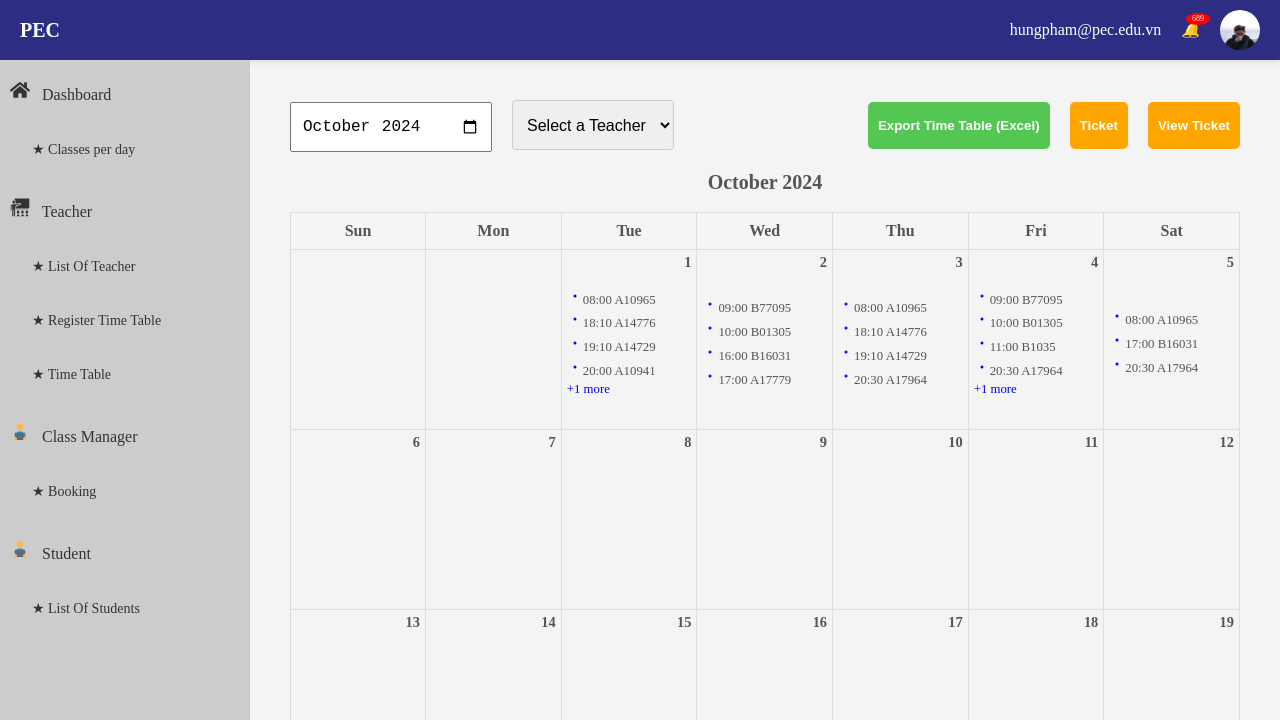
Repository: BitDanceLabels/Bumblebee_BDG
Page: /teacher-timetable
The author's editor kept a copy of each file at every save. The page is drawn from the files as they stood at one save, then again after the next save.
The browser window is 1280 px wide. The pictures show the whole page.
An inner scrolling area shows only its first screen. The project was rebuilt for these pictures with package versions that can differ from the ones it lists, and the page was loaded fresh each time. Also part of the build but not shown: vite.config.js, src/components/Dashboard/ScheduleComponent.jsx, src/components/Management/Booking.jsx, src/components/modal/CreateStudentModal.jsx, src/components/Student/ListOfStudent.jsx, src/components/modal/CreateTeacherModal.jsx, src/components/Teacher/TeacherTable.jsx, src/components/Teacher/ListOfTeacher.jsx and 10 more. Imported but missing from the stored project, and not drawn on this page: src/components/modal/DeactiveStudentModal.

Above is the page before, as saved 2024-10-07 13:39:49.

### index.html
<!DOCTYPE html>
<html lang="en">
  <head>
    <meta charset="UTF-8" />
    <link rel="icon" type="image/svg+xml" href="/vite.svg" />
    <meta name="viewport" content="width=device-width, initial-scale=1.0" />
    <title>Power English CRM</title>
  </head>
  <body>
    <div id="root"></div>
    <script type="module" src="/src/main.jsx"></script>
  </body>
</html>

### src/main.jsx
import { StrictMode } from 'react'
import { createRoot } from 'react-dom/client'
import MainApp from './pages/MainApp.jsx'
import App from './App.jsx'
import './index.css'

createRoot(document.getElementById('root')).render(
  <StrictMode>
    <MainApp />
  </StrictMode>
)

### src/pages/MainApp.jsx
import React from 'react'
import Header from '../components/General/Header'
import Navbar from '../components//General/Navbar'
import ScheduleComponent from '../components/Dashboard/ScheduleComponent'
import Booking from '../components/Management/Booking'
import ListOfStudent from '../components/Student/ListOfStudent'
import ListOfTeacher from '../components/Teacher/ListOfTeacher'
import { BrowserRouter as Router, Route, Routes } from 'react-router-dom'
import styled from 'styled-components'
import TeacherTabs from '../components/Teacher/TeacherTabs'
import StudentProfile from '../components/Student/StudentProfile'
import TeacherRegisterTimeTable from '../components/Teacher/TeacherRegisterTimeTable'
import TeacherTimeTable from '../components/Teacher/TeacherTimeTable'
import CourseInfo from '../components/Student/CourseInfo'
import TicketTabs from '../components/Management/TicketTabs'

function MainApp() {
  return (
    <Router>
      <MainAppWrapper>
        <HeaderWrapper>
          <Header />
        </HeaderWrapper>
        <div className="main-layout">
          <NavbarWrapper>
            <Navbar />
          </NavbarWrapper>
          <ContentWrapper>
            <Routes>
              <Route path="/classes" element={<ScheduleComponent />} />
              <Route path="/booking" element={<Booking />} />
              <Route path="/students" element={<ListOfStudent />} />
              <Route path="/teacher" element={<ListOfTeacher />} />
              <Route path="/teacher-profile" element={<TeacherTabs />} />
              <Route path="/student-profile" element={<StudentProfile />} />
              <Route path="/teacher-timetable" element={<TeacherTimeTable />} />
              <Route path="/course-info" element={<CourseInfo />} />
              <Route path="/ticket" element={<TicketTabs />} />
              <Route
                path="/teacher-register"
                element={<TeacherRegisterTimeTable />}
              />
              {/* Add more routes as needed */}
            </Routes>
          </ContentWrapper>
        </div>
      </MainAppWrapper>
    </Router>
  )
}

const MainAppWrapper = styled.main`
  width: 100%;
  display: flex;
  flex-direction: column;
  height: 100vh;

  .main-layout {
    display: flex;
    flex-grow: 1;
  }
`

const HeaderWrapper = styled.header`
  position: fixed;
  top: 0;
  width: 100%;
  z-index: 1000;
  background-color: white;
  box-shadow: 0 2px 5px rgba(0, 0, 0, 0.1);
`

const NavbarWrapper = styled.nav`
  position: fixed;
  top: 60px;
  left: 0;
  height: calc(100vh - 60px);
  width: 250px;
  background-color: #ccc;
  color: white;
  z-index: 1000;
`

const ContentWrapper = styled.div`
  margin-top: 60px;
  margin-left: 250px;
  padding: 20px;
  flex-grow: 1;
  background-color: #f4f4f4;
  min-height: 100%;
  overflow-y: auto;
`

export default MainApp

### src/index.css
/*
--- 01 TYPOGRAPHY SYSTEM

- Font sizes (px)
10 / 12 / 14 / 16 / 18 / 20 / 24 / 30 / 36 / 44 / 52 / 62 / 74 / 86 / 98
h2: 3.6rem
h3: 2.4rem
p: 1.8rem

- Font weights
Default: 400
Medium: 500
Semi-bold: 600
Bold: 700

- Line heights
Default: 1
Small: 1.05
Medium: 1.2
Paragraph default: 1.6
Large: 1.8

- Letter spacing
-0.5px
0.75px


--- 05 SHADOWS

0 2.4rem 4.8rem rgba(0, 0, 0, 0.075);

--- 06 BORDER-RADIUS

Default: 9px
Medium: 11px

--- 07 WHITESPACE

- Spacing system (px)
2 / 4 / 8 / 12 / 16 / 24 / 32 / 48 / 64 / 80 / 96 / 128
*/

/* google font */
@import url('https://fonts.googleapis.com/css2?family=Rubik:wght@400;500;600;700&display=swap');
* {
  padding: 0;
  margin: 0;
  box-sizing: border-box;
}

html {
  /* font-size: 10px; */

  /* 10px / 16px = 0.625 = 62.5% */
  /* Percentage of user's browser font-size setting */
  font-size: 62.5%;
  overflow-x: hidden;

  /* Does NOT work on Safari */
  scroll-behavior: smooth;
}

body {
  font-family: 'Times New Roman', Times, serif;
  line-height: 1;
  font-weight: 400;
  color: #555;
  /* background-color: #f9f9f9; */
  background-color: #f1f3f5;

  /* Only works if there is nothing absolutely positioned in relation to body */
  overflow-x: hidden;
}

/**************************/
/* GENRAL REUSABLE COMPONENTS */
/**************************/

/* container */
.container {
  max-width: 1200px;
  margin: 0 auto;
  padding: 0 1.8rem;
}

@media screen and (min-width: 768px) {
  .container {
    padding: 0 3.4rem;
  }
}

@media screen and (min-width: 1400px) {
  .container {
    padding: 0 1rem;
  }
}

.grid {
  display: grid;
  column-gap: 6.4rem;
  row-gap: 9.6rem;

  /* margin-bottom: 9.6rem; */
}

.flex {
  display: flex;
  align-items: center;
}

/* .grid:last-child {
    margin-bottom: 0;
  } */

.grid:not(:last-child) {
  margin-bottom: 9.6rem;
}

.grid--2-cols {
  grid-template-columns: repeat(2, 1fr);
}

.grid--3-cols {
  grid-template-columns: repeat(3, 1fr);
}

.grid--4-cols {
  grid-template-columns: repeat(4, 1fr);
}

/* .grid--5-cols {
    grid-template-columns: repeat(5, 1fr);
  } */

.grid--center-v {
  align-items: center;
}

.white-space-large {
  margin-bottom: 12.8rem;
}

.white-space-medium {
  margin-bottom: 9.6rem;
}

.white-space-medium--top {
  margin-top: 9.6rem;
}

.white-space-small {
  margin-bottom: 6.4rem;
}

.white-space-small--top {
  margin-top: 6.4rem;
}

/* .heading-primary,
.heading-secondary,
.heading-tertiary {
  font-weight: 700;
  color: #333;
  letter-spacing: -0.5px;
}

.heading-primary {
  font-size: 5.2rem;
  line-height: 1.05;
  margin-bottom: 3.2rem;
}

.heading-secondary {
  font-size: 4.4rem;
  line-height: 1.2;
  margin-bottom: 9.6rem;
}

.heading-tertiary {
  font-size: 3rem;
  line-height: 1.2;
  margin-bottom: 3.2rem;
}

.subheading {
  display: block;
  font-size: 1.6rem;
  font-weight: 500;
  color: #1971c2;
  text-transform: uppercase;
  margin-bottom: 1.6rem;
  letter-spacing: 0.75px;
} */
/*
.btn,
.btn:link,
.btn:visited {
  display: inline-block;

  text-decoration: none;
  font-size: 2rem;
  font-weight: 600;
  padding: 1.6rem 3.2rem;
  border-radius: 9px;

  border: none;
  cursor: pointer;
  font-family: inherit;
  transition: all 0.3s;
}

.btn--full:link,
.btn--full:visited {
  background-color: #1971c2;
  color: #fff;
}

.btn--full:hover,
.btn--full:active {
  background-color: #1971c2;
}

.btn--outline:link,
.btn--outline:visited {
  background-color: #fff;
  color: #555;
}

.btn--outline:hover,
.btn--outline:active {
  background-color: #fdf2e9;
  box-shadow: inset 0 0 0 3px #fff;
}

.btn--form {
  background-color: #45260a;
  color: #fdf2e9;
  align-self: end;
  padding: 1.2rem;
}

.btn--form:hover {
  background-color: #fff;
  color: #555;
}
*/
/* .link:link,
.link:visited {
  display: inline-block;
  color: #1971c2;
  text-decoration: none;
  border-bottom: 1px solid currentColor;
  padding-bottom: 2px;
  transition: all 0.3s;
}

.link:hover,
.link:active {
  color: #1971c2;
  border-bottom: 1px solid transparent;
}

.list {
  list-style: none;
  display: flex;
  flex-direction: column;
  gap: 1.6rem;
}

.list-item {
  font-size: 1.8rem;
  display: flex;
  align-items: center;
  gap: 1.6rem;
  line-height: 1.2;
}

.list-icon {
  width: 3rem;
  height: 3rem;
  color: #1971c2;
} */

/**/
/* *:focus {
  outline: none;
  box-shadow: 0 0 0 0.3rem #1971c2;
} */

/* HELPER/SETTINGS CLASSES */
.margin-right-sm {
  margin-right: 1.6rem !important;
}

.margin-bottom-md {
  margin-bottom: 4.8rem !important;
}

.center-text {
  text-align: center;
}

strong {
  font-weight: 500;
}

### src/components/General/Header.jsx
import React from 'react'
import avt from '../../assets/avt.jpg'
import styled from 'styled-components'

const Header = () => {
  return (
    <HeaderWrapper>
      <header className="header">
        <div className="header-left">
          <h1>PEC</h1>
        </div>
        <div className="header-right">
          <span className="account-email">hungpham@pec.edu.vn</span>
          <div className="notification">
            <i className="bell-icon">🔔</i>
            <span className="notification-count">689</span>
          </div>
          <img src={avt} alt="avatar" className="avatar" />
        </div>
      </header>
    </HeaderWrapper>
  )
}

const HeaderWrapper = styled.header`
  .header {
    background-color: #2d2e83;
    color: white;
    display: flex;
    justify-content: space-between;
    align-items: center;
    padding: 10px 20px;
  }

  .header-left h1 {
    margin: 0;
    font-size: 2rem;
  }

  .header-right {
    display: flex;
    align-items: center;
  }

  .account-email {
    margin-right: 20px;
    font-size: 1.6rem;
  }

  .notification {
    position: relative;
    margin-right: 20px;
  }

  .bell-icon {
    font-size: 1.5em;
    cursor: pointer;
  }

  .notification-count {
    position: absolute;
    top: -10px;
    right: -10px;
    background-color: red;
    color: white;
    border-radius: 50%;
    padding: 2px 6px;
    font-size: 0.8em;
  }

  .avatar {
    width: 40px;
    height: 40px;
    border-radius: 50%;
    cursor: pointer;
  }
`

export default Header

### src/components/General/Navbar.jsx
import React, { useState } from 'react'
import styled from 'styled-components'
import { FaHome } from 'react-icons/fa'
import { GiTeacher } from 'react-icons/gi'
import { FcReadingEbook } from 'react-icons/fc'
import { Link } from 'react-router-dom' // Import Link from react-router-dom

const Navbar = () => {
  const [activeItem, setActiveItem] = useState('dashboard')

  const handleItemClick = (item) => {
    setActiveItem(item)
  }

  return (
    <NavbarWrapper>
      <nav className="navbar">
        <ul>
          <li onClick={() => handleItemClick('classes')}>
            <Link to="/classes">
              <FaHome style={{ marginRight: '8px', fontSize: '20px' }} />{' '}
              Dashboard
            </Link>
          </li>

          {/* Submenu for Classes per day */}
          <ul className="sub-menu">
            <li
              className={activeItem === 'classes' ? 'active' : ''}
              onClick={() => handleItemClick('classes')}
            >
              <Link to="/classes">★ Classes per day</Link>
            </li>
          </ul>

          <li onClick={() => handleItemClick('teacher')}>
            <Link to="/teacher">
              <GiTeacher style={{ marginRight: '8px', fontSize: '20px' }} />{' '}
              Teacher
            </Link>
          </li>

          {/* Submenu for List Of Teacher */}
          <ul className="sub-menu">
            <li
              className={activeItem === 'teacher' ? 'active' : ''}
              onClick={() => handleItemClick('teacher')}
            >
              <Link to="/teacher">★ List Of Teacher</Link>
            </li>

            <li
              className={activeItem === 'teacher-register' ? 'active' : ''}
              onClick={() => handleItemClick('teacher-register')}
            >
              <Link to="/teacher-register">★ Register Time Table</Link>
            </li>

            <li
              className={activeItem === 'teacher-timetable' ? 'active' : ''}
              onClick={() => handleItemClick('teacher-timetable')}
            >
              <Link to="/teacher-timetable">★ Time Table</Link>
            </li>
          </ul>

          <li onClick={() => handleItemClick('booking')}>
            <Link to="/booking">
              <FcReadingEbook
                style={{ marginRight: '8px', fontSize: '20px' }}
              />{' '}
              Class Manager
            </Link>
          </li>

          {/* Submenu for Booking */}
          <ul className="sub-menu">
            <li
              className={activeItem === 'booking' ? 'active' : ''}
              onClick={() => handleItemClick('booking')}
            >
              <Link to="/booking">★ Booking</Link>
            </li>
          </ul>

          <li onClick={() => handleItemClick('listOfStudent')}>
            <Link to="/students">
              <FcReadingEbook
                style={{ marginRight: '8px', fontSize: '20px' }}
              />{' '}
              Student
            </Link>
          </li>

          {/* Submenu for List Of Students */}
          <ul className="sub-menu">
            <li
              className={activeItem === 'listOfStudent' ? 'active' : ''}
              onClick={() => handleItemClick('listOfStudent')}
            >
              <Link to="/students">★ List Of Students</Link>
            </li>
          </ul>
        </ul>
      </nav>
    </NavbarWrapper>
  )
}

const NavbarWrapper = styled.nav`
  width: 14%;
  .navbar {
    width: 250px;
    background-color: #ccc;
    color: white;
    height: 100%;
  }

  .navbar ul {
    list-style-type: none;
    padding: 0;
    margin: 0;
  }

  .navbar li {
    padding: 10px 0;
    cursor: pointer;
    color: white;
    width: 100%;
  }

  .navbar li a {
    width: 100%;
    padding: 10px;
    color: #333;
    font-weight: 500;
    font-size: 16px;
    display: inline-block;
    transition: transform 0.3s ease;
    text-decoration: none;
  }

  .navbar li:hover a {
    transform: scale(1.2);
    transform-origin: left;
  }

  .navbar li.active {
    background-color: #e1f644;
  }

  /* Submenu styles */
  .sub-menu {
    list-style-type: none;
    padding-left: 20px;
  }

  .sub-menu li {
    padding: 10px 0;
  }

  .sub-menu li a {
    font-size: 14px;
    width: 100%;
    padding-left: 32px;
  }
`

export default Navbar

### src/components/Teacher/Calender.jsx
import React from 'react'
import { BsDot } from 'react-icons/bs'
import { CalendarCell, DayNumber, Event, RowWrapper } from './TimeTableStyle'

export const generateCalendar = (selectedDate, events, openModal, cellRef) => {
  const year = selectedDate.getFullYear()
  const month = selectedDate.getMonth()
  const firstDayOfMonth = new Date(year, month, 1).getDay()
  const daysInMonth = new Date(year, month + 1, 0).getDate()

  let calendar = []
  let week = []
  let dayCounter = 1

  // Tạo các ô trống trước ngày đầu tiên của tháng
  for (let i = 0; i < firstDayOfMonth; i++) {
    week.push(<CalendarCell key={`empty-${i}`} />)
  }

  // Lặp qua các ngày trong tháng và tạo ô cho từng ngày
  while (dayCounter <= daysInMonth) {
    for (let i = week.length; i < 7; i++) {
      if (dayCounter <= daysInMonth) {
        const dayEvents = events[dayCounter] || []
        const eventLimit = 4
        const moreCount = dayEvents.length - eventLimit

        week.push(
          <CalendarCell key={dayCounter} ref={cellRef}>
            <DayNumber>{dayCounter}</DayNumber>
            {dayEvents.slice(0, eventLimit).map((event, index) => (
              <RowWrapper key={index}>
                <Event>
                  <BsDot fontSize={16} color="blue" />
                  {event}
                </Event>
              </RowWrapper>
            ))}
            {moreCount > 0 && (
              <Event
                onClick={(e) => openModal(dayEvents, e)}
                style={{ color: 'blue', cursor: 'pointer' }}
              >
                +{moreCount} more
              </Event>
            )}
          </CalendarCell>
        )
        dayCounter++
      } else {
        week.push(<CalendarCell key={`empty-${i}`} />)
      }
    }
    calendar.push(<tr key={`week-${calendar.length}`}>{week}</tr>)
    week = []
  }

  return calendar
}

### src/components/Teacher/TimeTableStyle.jsx
import styled from 'styled-components'

export const Container = styled.div`
  padding: 20px;
`

export const Header = styled.div`
  display: flex;
  justify-content: space-between;
  align-items: center;
  margin-bottom: 20px;
`

export const ButtonWrapper = styled.div``

export const Button = styled.button`
  padding: 16px 10px;
  background-color: #53c653;
  border: none;
  color: white;
  border-radius: 5px;
  cursor: pointer;
  font-weight: bold;

  &:hover {
    opacity: 0.6;
  }
`

export const ExcelButton = styled(Button)`
  margin-right: 20px;
`

export const TicketButton = styled(Button)`
  background-color: orange;
  margin-right: 20px;
`

export const ViewTicketButton = styled(Button)`
  background-color: orange;
`

export const CancelButton = styled(Button)`
  background-color: red;
`

export const SubmitButton = styled(Button)``

export const Month = styled.h3`
  text-align: center;
  font-size: 20px;
`

export const CalendarTable = styled.table`
  width: 100%;
  border-collapse: collapse;
  margin-top: 20px;
`

export const CalendarHeader = styled.th`
  padding: 10px;
  border: 1px solid #ddd;
  background-color: #f5f5f5;
  text-align: center;
  font-size: 16px;
`

export const CalendarCell = styled.td`
  vertical-align: center;
  border: 1px solid #ddd;
  position: relative;
  padding: 5px;
  width: 150px; // Set fixed width
  height: 180px;
  font-size: 16px;
`

export const DayNumber = styled.div`
  position: absolute;
  top: 5px;
  right: 5px;
  font-size: 0.9em;
  font-weight: bold;
`

export const Event = styled.div`
  font-size: 0.8em;
  margin-top: 5px;
`

export const InputCustom = styled.input`
  height: 50px;
  padding: 5px 10px;
  font-size: 16px;
`

export const RowWrapper = styled.div`
  display: flex;
  align-items: center;
`

export const CloseButton = styled(Button)`
  margin-left: auto;
  margin-top: 10px;
  background-color: #46b346;
  &:hover {
    background-color: #3fa139;
  }
`

export const SelectClass = styled.select`
  padding: 10px;
  margin-bottom: 20px;
  font-size: 16px;
`

export const TextArea = styled.textarea`
  padding: 10px;
  font-size: 16px;
  resize: none;
  height: 100px;
  margin-bottom: 20px;
`

export const ModalButtonWrapper = styled.div`
  display: flex;
  justify-content: flex-end;
  gap: 10px;
`

export const TeacherSelect = styled.select`
  height: 50px;
  padding: 10px;
  font-size: 16px;
  border: 1px solid #ccc;
  border-radius: 4px;
  margin-left: 20px;
  outline: none;
  &:focus {
    border-color: #007bff;
  }
`

const LeftHeaderWrapper = styled.div``

### src/components/modal/TicketModal.jsx
import React from 'react'
import styled from 'styled-components'

// Styled components
const FullModalOverlay = styled.div`
  position: fixed;
  top: 0;
  left: 0;
  width: 100vw;
  height: 100vh;
  background-color: rgba(0, 0, 0, 0.5);
  display: ${({ show }) => (show ? 'block' : 'none')};
`

const FullModalWrapper = styled.div`
  position: fixed;
  top: 50%;
  left: 50%;
  transform: translate(-50%, -50%);
  background-color: white;
  padding: 30px;
  border-radius: 10px;
  width: 400px;
  box-shadow: 0 0 15px rgba(0, 0, 0, 0.2);
  z-index: 999;
`

const ModalContent = styled.div`
  display: flex;
  flex-direction: column;
`

const SelectClass = styled.select`
  padding: 10px;
  margin-bottom: 20px;
  font-size: 16px;
`

const TextArea = styled.textarea`
  padding: 10px;
  font-size: 16px;
  resize: none;
  height: 100px;
  margin-bottom: 20px;
`

const ModalButtonWrapper = styled.div`
  display: flex;
  justify-content: flex-end;
  gap: 10px;
`

const CancelButton = styled.button`
  padding: 16px 10px;
  background-color: red;
  border: none;
  color: white;
  border-radius: 5px;
  cursor: pointer;
  font-weight: bold;

  &:hover {
    opacity: 0.6;
  }
`

const SubmitButton = styled.button`
  padding: 16px 10px;
  background-color: #53c653;
  border: none;
  color: white;
  border-radius: 5px;
  cursor: pointer;
  font-weight: bold;

  &:hover {
    opacity: 0.6;
  }
`

const TicketModal = ({ show, events, onClose }) => (
  <FullModalOverlay show={show}>
    <FullModalWrapper>
      <ModalContent>
        <SelectClass>
          {Object.keys(events).map((day) =>
            events[day].map((event, index) => (
              <option key={`${day}-${index}`} value={`${day} - ${event}`}>
                {`Day ${day}: ${event}`}
              </option>
            ))
          )}
        </SelectClass>

        <SelectClass>
          <option value="defer">Defer</option>
          <option value="cancel">Cancel</option>
        </SelectClass>

        <TextArea placeholder="Enter your reason" />

        <ModalButtonWrapper>
          <CancelButton onClick={onClose}>Cancel</CancelButton>
          <SubmitButton>Submit</SubmitButton>
        </ModalButtonWrapper>
      </ModalContent>
    </FullModalWrapper>
  </FullModalOverlay>
)

export default TicketModal

### src/components/modal/ViewTicketModal.jsx
import React, { useState } from 'react'
import styled from 'styled-components'
import { FaTrashAlt } from 'react-icons/fa'

// Styled components
const FullModalOverlay = styled.div`
  position: fixed;
  top: 0;
  left: 0;
  width: 100vw;
  height: 100vh;
  background-color: rgba(0, 0, 0, 0.5);
  display: ${({ show }) => (show ? 'block' : 'none')};
`

const FullModalWrapper = styled.div`
  position: fixed;
  top: 50%;
  left: 50%;
  transform: translate(-50%, -50%);
  background-color: white;
  padding: 30px;
  border-radius: 10px;
  width: 400px;
  box-shadow: 0 0 15px rgba(0, 0, 0, 0.2);
  z-index: 999;
`

const ModalContent = styled.div`
  display: flex;
  flex-direction: column;
`

const TicketList = styled.ul`
  list-style-type: none;
  padding: 0;
  margin-top: 20px;
`

const TicketItem = styled.li`
  display: flex;
  justify-content: space-between;
  align-items: center;
  padding: 20px 10px;
  border-bottom: 1px solid #ccc;
`

const TicketText = styled.span`
  flex-grow: 1;
  font-size: 16px;
`

const DeleteIcon = styled(FaTrashAlt)`
  color: red;
  cursor: pointer;
  font-size: 16px;

  &:hover {
    opacity: 0.7;
  }
`

const ModalButtonWrapper = styled.div`
  display: flex;
  justify-content: flex-end;
  gap: 10px;
  margin-top: 20px;
`

const CancelButton = styled.button`
  padding: 10px;
  background-color: red;
  border: none;
  color: white;
  border-radius: 5px;
  cursor: pointer;
  font-weight: bold;

  &:hover {
    opacity: 0.6;
  }
`

const TitleCustom = styled.h3`
  font-size: 20px;
  text-align: center;
`

const TicketModal = ({ show, onClose }) => {
  // Sample ticket data
  const [tickets, setTickets] = useState([
    { id: 1, name: 'Ticket 1 - Event A10965' },
    { id: 2, name: 'Ticket 2 - Event B77095' },
    { id: 3, name: 'Ticket 3 - Event A17779' }
  ])

  // Delete ticket function
  const deleteTicket = (id) => {
    setTickets(tickets.filter((ticket) => ticket.id !== id))
  }

  return (
    <FullModalOverlay show={show}>
      <FullModalWrapper>
        <ModalContent>
          <TitleCustom>Tickets</TitleCustom>
          <TicketList>
            {tickets.map((ticket) => (
              <TicketItem key={ticket.id}>
                <TicketText>{ticket.name}</TicketText>
                <DeleteIcon onClick={() => deleteTicket(ticket.id)} />
              </TicketItem>
            ))}
          </TicketList>

          <ModalButtonWrapper>
            <CancelButton onClick={onClose}>Close</CancelButton>
          </ModalButtonWrapper>
        </ModalContent>
      </FullModalWrapper>
    </FullModalOverlay>
  )
}

export default TicketModal

Loaded but not shown: src/components/Teacher/TeacherTimeTable.jsx (176 lines, source omitted); src/components/Management/TicketTabs.jsx (no stored copy; drawn as an empty file)

After the next save:
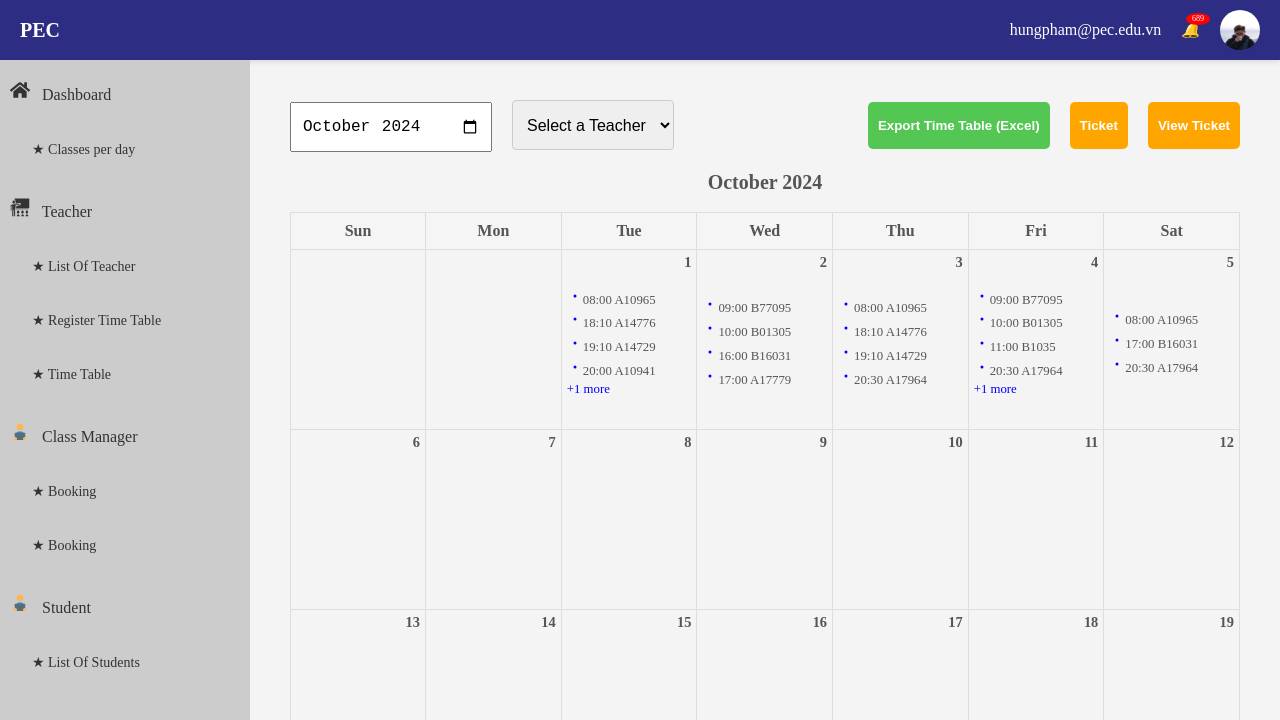
Saved 65 s later.
--- a/src/components/General/Navbar.jsx
+++ b/src/components/General/Navbar.jsx
@@ -80,6 +80,13 @@ const Navbar = () => {
               onClick={() => handleItemClick('booking')}
             >
               <Link to="/booking">★ Booking</Link>
+            </li>
+
+            <li
+              className={activeItem === 'booking' ? 'active' : ''}
+              onClick={() => handleItemClick('booking')}
+            >
+              <Link to="/ticket">★ Booking</Link>
             </li>
           </ul>
 
